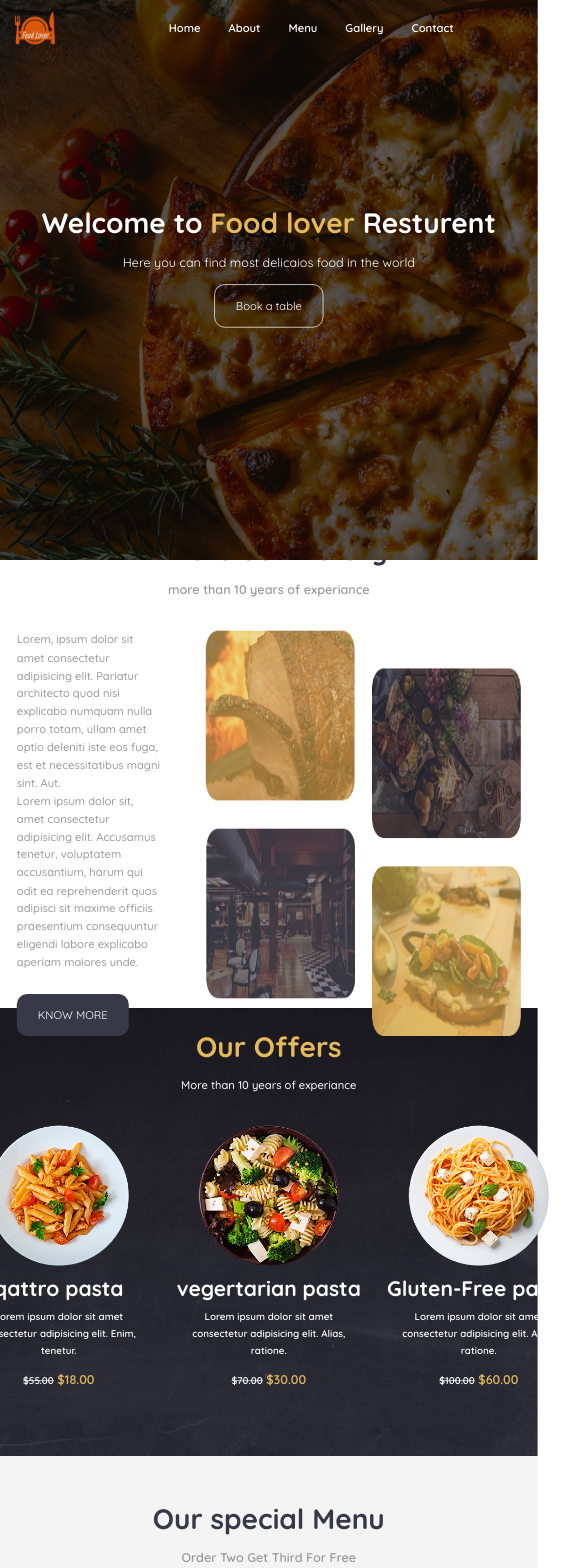
Repository: Eslam0Mohamed/Food-lover-project
Page: index.html
An editor plug-in stored every save of this project. The page is shown before and after a run of saves, followed by the edit.
The browser window is 768 px wide. The page is 834 px wide, so the pictures cover 834 px, including what lies to the right of the window. The pictures show the part of the page from y = 0 to 2240 px (the page is 5691 px tall), at 70% of full size.
Some web fonts or font styles are not loaded; a fallback is used.

Above is the page before, as saved 2024-03-03 14:25:47.

### index.html
<!DOCTYPE html>
<html lang="en">
  <head>
    <meta charset="UTF-8" />
    <meta name="viewport" content="width=device-width, initial-scale=1.0" />
    <title>Document</title>
    <!-- favicon  -->
    <link rel="apple-touch-icon" sizes="180x180" href="/apple-touch-icon.png">
<link rel="icon" type="image/png" sizes="32x32" href="/favicon-32x32.png">
<link rel="icon" type="image/png" sizes="16x16" href="/favicon-16x16.png">
<link rel="manifest" href="/site.webmanifest">
    <!-- link cdn fontawsome  -->
    <link
      rel="stylesheet"
      href="https://cdnjs.cloudflare.com/ajax/libs/font-awesome/6.5.1/css/all.min.css"
      integrity="sha512-DTOQO9RWCH3ppGqcWaEA1BIZOC6xxalwEsw9c2QQeAIftl+Vegovlnee1c9QX4TctnWMn13TZye+giMm8e2LwA=="
      crossorigin="anonymous"
      referrerpolicy="no-referrer"
    />
    <!-- link style file  -->
    <link rel="stylesheet" href="style.css" />
    <link rel="preconnect" href="https://fonts.googleapis.com" />
    <link rel="preconnect" href="https://fonts.gstatic.com" crossorigin />
    <link
      href="https://fonts.googleapis.com/css2?family=Cairo+Play:wght@300;400;700&family=Cairo:wght@700;800&family=Jomhuria&family=Open+Sans:wght@300;400;700&family=Poppins:ital,wght@0,200;0,300;0,400;0,500;0,600;0,900;1,400;1,700;1,800&family=Quicksand:wght@300;400;500;600;700&family=Work+Sans:ital,wght@0,200;0,300;0,400;0,500;0,700;0,900;1,600;1,800&display=swap"
      rel="stylesheet"
    />
  </head>
  <body>
    <header>
      <div id="navbar">
        <img src="images/logo.png" alt="Food Lover logo " />
        <nav>
          <ul>
            <li><a href="#Home">Home</a></li>
            <li><a href="#about">About</a></li>
            <li><a href="#menu">Menu</a></li>
            <li><a href="#gallery">Gallery</a></li>
            <li><a href="#contact">Contact</a></li>
          </ul>
        </nav>
      </div>
      <div class="content">
        <h1>
          Welcome to <span class="primary-text">Food lover</span> Resturent
        </h1>
        <p>Here you can find most delicaios food in the world</p>
        <a href="#" class="btn btn-primary">Book a table</a>
      </div>
    </header>
    <main>
      <!-- start about  -->
      <section id="about">
        <div class="container">
          <div class="title">
            <h1>This is our history</h1>
            <p>more than 10 years of experiance</p>
          </div>
          <div class="about-content">
            <div>
              <p>
                Lorem, ipsum dolor sit amet consectetur adipisicing elit.
                Pariatur architecto quod nisi explicabo numquam nulla porro
                totam, ullam amet optio deleniti iste eos fuga, est et
                necessitatibus magni sint. Aut.
              </p>
              <p>
                Lorem ipsum dolor sit, amet consectetur adipisicing elit.
                Accusamus tenetur, voluptatem accusantium, harum qui odit ea
                reprehenderit quas adipisci sit maxime officiis praesentium
                consequuntur eligendi labore explicabo aperiam maiores unde.
              </p>
              <a href="#" class="btn btn-secondry">KNOW MORE</a>
            </div>
            <img src="images/about_img.png" alt="Pizza" />
          </div>
        </div>
      </section>
      <!-- End about  -->
      <!-- start offers  -->
      <section id="offers">
        <div class="container">
          <div class="title">
            <h1>Our Offers</h1>
            <p>More than 10 years of experiance</p>
          </div>
          <div class="offers-item">
            <div>
              <img src="/images/offer1.png" alt="qattro" />
              <div class="offer-data">
                <h3>qattro pasta</h3>
                <p>
                  Lorem ipsum dolor sit amet consectetur adipisicing elit. Enim,
                  tenetur.
                </p>
                <p><del>$55.00</del><span class="primary-text">$18.00</span></p>
              </div>
            </div>
            <div>
              <img src="/images/offer2.png" alt="vegertarian pasta" />
              <div class="offer-data">
                <h3>vegertarian pasta</h3>
                <p>
                  Lorem ipsum dolor sit amet consectetur adipisicing elit.
                  Alias, ratione.
                </p>
                <p><del>$70.00</del><span class="primary-text">$30.00</span></p>
              </div>
            </div>
            <div>
              <img src="/images/offer3.png" alt="Gluten-Free pasta" />
              <div class="offer-data">
                <h3>Gluten-Free pasta</h3>
                <p>
                  Lorem ipsum dolor sit amet consectetur adipisicing elit.
                  Alias, ratione.
                </p>
                <p>
                  <del>$100.00</del><span class="primary-text">$60.00</span>
                </p>
              </div>
            </div>
          </div>
        </div>
      </section>
      <!-- end offers  -->
      <!-- menu start  -->
      <section id="menu">
        <div class="container">
          <div class="title">
            <h1>Our special Menu</h1>
            <p>Order Two Get Third For Free</p>
          </div>
          <div class="menu-items">
            <div class="menue-left">
              <div class="menu-item">
                <img src=" images/food1.png" alt="LASAL Chease" />
                <div>
                  <h3>LASAL <span class="primary-text">$18.00</span></h3>
                  <p>
                    Lorem, ipsum dolor sit amet consectetur adipisicing elit.
                    Reprehenderit, eius.
                  </p>
                </div>
              </div>
              <div class="menu-item">
                <img src="images/food2.png" alt="JUMBO CRAP SHRIMP" />
                <div>
                  <h3>
                    JUMBO CRAP SHRIMP <span class="primary-text">$24.00</span>
                  </h3>
                  <p>
                    Lorem, ipsum dolor sit amet consectetur adipisicing elit.
                    Reprehenderit, eius.
                  </p>
                </div>
              </div>
              <div class="menu-item">
                <img src="images/food3.png" alt="KOKTAIL JUICE " />
                <div>
                  <h3>
                    KOKTAIL JUICE <span class="primary-text">$12.00</span>
                  </h3>
                  <p>
                    Lorem, ipsum dolor sit amet consectetur adipisicing elit.
                    Reprehenderit, eius.
                  </p>
                </div>
              </div>
              <div class="menu-item">
                <img src="images/food4.png" alt="CAPO STEAK" />
                <div>
                  <h3>CAPO STEAK <span class="primary-text">$60.00</span></h3>
                  <p>
                    Lorem, ipsum dolor sit amet consectetur adipisicing elit.
                    Reprehenderit, eius.
                  </p>
                </div>
              </div>
              <div class="menu-item">
                <img src="images/food5.png" alt="ORIGINAL FRUIT SALAD" />
                <div>
                  <h3>
                    ORIGINAL FRUIT SALAD
                    <span class="primary-text">$18.00</span>
                  </h3>
                  <p>
                    Lorem, ipsum dolor sit amet consectetur adipisicing elit.
                    Reprehenderit, eius.
                  </p>
                </div>
              </div>
              <div class="menu-item">
                <img src="images/food6.png" alt="CHEASE PIZZA" />
                <div>
                  <h3>CHEASE PIZZA <span class="primary-text">$50.00</span></h3>
                  <p>
                    Lorem, ipsum dolor sit amet consectetur adipisicing elit.
                    Reprehenderit, eius.
                  </p>
                </div>
              </div>
            </div>
            <div class="menue-right">
              <div class="menu-item">
                <img src="images/food7.jpeg" alt="KOFTA MEAT" />
                <div>
                  <h3>KOFTA MEAT <span class="primary-text">$40.00</span></h3>
                  <p>
                    Lorem, ipsum dolor sit amet consectetur adipisicing elit.
                    Reprehenderit, eius.
                  </p>
                </div>
              </div>
              <div class="menu-item">
                <img src="images/food8.jpeg" alt="SPANICH PIES" />
                <div>
                  <h3>SPANICH PIES <span class="primary-text">$14.00</span></h3>
                  <p>
                    Lorem, ipsum dolor sit amet consectetur adipisicing elit.
                    Reprehenderit, eius.
                  </p>
                </div>
              </div>
              <div class="menu-item">
                <img src="images/food9.jpeg" alt="CHEASE TOST " />
                <div>
                  <h3>CHEASE TOST <span class="primary-text">$55.00</span></h3>
                  <p>
                    Lorem, ipsum dolor sit amet consectetur adipisicing elit.
                    Reprehenderit, eius.
                  </p>
                </div>
              </div>
              <div class="menu-item">
                <img src="images/food10.jpeg" alt="FRUIT SALAD" />
                <div>
                  <h3>FRUIT SALAD <span class="primary-text">$20.00</span></h3>
                  <p>
                    Lorem, ipsum dolor sit amet consectetur adipisicing elit.
                    Reprehenderit, eius.
                  </p>
                </div>
              </div>
              <div class="menu-item">
                <img src="images/food11.jpeg" alt="CHEACKEN SHAWARMA" />
                <div>
                  <h3>
                    CHEACKEN SHAWARMA <span class="primary-text">$60.00</span>
                  </h3>
                  <p>
                    Lorem, ipsum dolor sit amet consectetur adipisicing elit.
                    Reprehenderit, eius.
                  </p>
                </div>
              </div>
              <div class="menu-item">
                <img src="images/food12.jpeg" alt="MEGA CHEASE PIZZA" />
                <div>
                  <h3>
                    MEGA CHEASE PIZZA <span class="primary-text">$50.00</span>
                  </h3>
                  <p>
                    Lorem, ipsum dolor sit amet consectetur adipisicing elit.
                    Reprehenderit, eius.
                  </p>
                </div>
              </div>
            </div>
          </div>
          <button class="btn">EXPLORE FULL MENU</button>
        </div>
      </section>
      <!-- menu end  -->
      <!-- start daytime -->
      <section id="day-time">
        <div class="container">
          <div class="day-time-items">
            <div class="day-item">
              <img src="images/breckfastIcon.png" alt="breckfast" />
              <h3>breckfast</h3>
              <p>From 8.00 Am To 10.00 Am</p>
            </div>
            <div class="day-item">
              <img src="images/lunchIcon.png" alt="Lunch" />
              <h3>Lunch</h3>
              <p>From 4.00 Pm To 9.00 Pm</p>
            </div>

            <div class="day-item">
              <img src="images/dinnerIcon.png" alt="dinner" />
              <h3>Dinner</h3>
              <p>From 9.00 Pm To 1.00 Am</p>
            </div>
            <div class="day-item">
              <img src="images/dessertIcon.png" alt="dessert" />
              <h3>Dessert</h3>
              <p>From 8.00 Am To 10.00 Am</p>
            </div>
          </div>
        </div>
      </section>
      <!-- end daytime -->
      <!-- start Gallery -->
      <section id="gallery">
        <div class="container">
          <h1>Our Gallery</h1>
          <div class="img-gallery">
            <img src="images/gallery1.jpeg" alt="" />
            <img src="images/gallery2.jpeg" alt="" />
            <img src="images/gallery3.jpeg" alt="" />
            <img src="images/gallery4.jpeg" alt="" />
            <img src="images/gallery5.jpeg" alt="" />
            <img src="images/gallery6.jpeg" alt="" />
          </div>
        </div>
      </section>
      <!-- end Gallery -->

    <!-- start contact  -->
    <section id="contact">
      <div class="container">
        <div class="contact-content">
          <div class="contact-info">
            <div>
              <h3>ADDRESS</h3>
              <p><i class="fa-solid fa-location-dot"></i>Housary , Mosque 6 Octoper , Egypt</p>
            <p><i class="fa-solid fa-phone"></i>Phone: 01236549635</p>
            <p><i class="fa-solid fa-envelope"></i>Support@FoodLover.com</p>
            </div>
            <div>
                <h3>WORKING HOURS</h3>
                <p>From 8:00 am To 11:00 pm At Weekdays</p>
                <p>From 11:00 am To 1:00 1:00 am At Weekends</p>
            </div>
            <div>
                <h3>FOLLOW US</h3>
                <a href="#"><i class="fa-brands fa-facebook"></i></a>
                <a href="#"><i class="fa-brands fa-twitter"></i></a>
                <a href="#"><i class="fa-brands fa-youtube"></i></a>
                <a href="#"><i class="fa-brands fa-instagram"></i></a>
              </div>
          </div>

          <div>
            <form action="">
                <input type="'text'" placeholder="Full Nmae" required>
                <input type="'Email'" placeholder="Email Address" required>
                <input type="'text'" placeholder=" Subject" required>
                <textarea name="message" id="message"placeholder="Message" cols="30" rows="5"></textarea>
          <button class="btn">Submit</button>
            </form>
          </div>
        </div>
      </div>
    </section>
</main>
<section id="footer">
    <p>copyrights &copy; All rights reserved || Made By <b> <a href="https//EslamMohamed.com" target="_blank"> Eslam Mohamed</a></b></p>
</section>
    <!-- end contact  -->
  </body>
</html>

### style.css
* {
    padding: 0;
    margin: 0;
    list-style: none;
    box-sizing: border-box;

}
html{
    scroll-behavior: smooth;
}

@media (min-width: 768px) {
    .container {
        width: 750px;
    }
}

/* Medium */
@media (min-width: 992px) {
    .container {
        width: 970px;
    }
}

/* Large */
@media (min-width: 1200px) {
    .container {
        width: 1170px;
    }
}

/* utalitiy classes  */
.primary-text {
    color: #e4b95b;
}

.btn {
    display: inline-block;
    padding: 20px 30px;
    border: none;
    border-radius: 15px;
}

.btn-primary {
    color: white;
    border: 1px solid white;
}

.btn-primary:hover,
.btn-secondry:hover {
    background-color: #e4b95b;
}

header {
    height: 100vh;
    background-image: url('/images/home_bg.jpeg');
    background-size: cover;
    background-position: center center;
    background-repeat: no-repeat;
    position: relative;
}
@media (max-width:768px) {
    header #navbar img {
    margin-left: 10px;

    }
    header #navbar
  }
header::before {
    content: "";
    position: absolute;
    top: 0;
    left: 0;
    width: 100%;
    height: 100%;
    background-color: rgb(0, 0, 0, 0.6);
}

header * {
    z-index: 10;
}

a {
    text-decoration: none;
}

body {
    font-family: 'Quicksand', sans-serif;
}

#navbar {
    display: flex;
    justify-content: space-between;
    /* background-color: red; */
    align-items: center;

}

#navbar img {
    width: 80px;
    margin-left: 100px;
}

#navbar ul {
    display: flex;
    margin-right: 100px;
}

#navbar ul li {
    padding: 20px 20px;
}

#navbar ul li a {
    color: white;
    font-weight: 600;
}

#navbar ul li a:hover {
    border-bottom: 2px solid #e4b95b;
}

.content {
    display: flex;
    flex-direction: column;
    align-items: center;
    justify-content: center;
    height: 75%;
    /* background-color: bisque; */
}

.content h1 {
    font-size: 40px;
    color: white;
}

.content p {
    color: white;
    font-size: 18px;
    margin: 20px 0;
}

.container {
    padding-left: 15px;
    padding-right: 15px;
    margin-right: auto;
    margin-left: auto;
}

#about {
    display: flex;
    justify-content: center;
    align-items: center;
    height: 80vh;
}

#about .title,
#offers .title,
#menu .title
 {
    text-align: center;
    /* margin-top: 5rem; */
    margin-bottom: 3rem;
}

#about .title h1,
#menu .title h1 {
    margin-bottom: 20px;
    font-size: 40px;
    color: #383848;
}

#about .title p,
#menu .title p {
    font-size: 18px;
    color: #9a9a9a;
    font-weight: 600;
}

#about .container .about-content {
    display: flex;
    justify-content: space-between;
    /* align-items: center; */
}

#about .container .about-content img {
    width: 450px;
}

#about .container .about-content p {
    color: #9a9a9a;
    line-height: 1.6;
    margin-right: 4rem;
    font-weight: 500;
}

.btn-secondry {
    margin-top: 2rem;
    color: white;
    background-color: #383848;
}

/* start offers  */
#offers {
    height: 80vh;
    display: flex;
    justify-content: center;
    /* align-items: center; */
    background-image: url('images/offer-background.jpg');
    background-position: center center;
    background-size: cover;
}

#offers .title h1 {
    margin-top: 30px;
    margin-bottom: 20px;
    font-size: 40px;
    color: #e4b95b;
}

#offers .title p {
    color: white;
    font-weight: 500;
}

#offers .offers-item {
    display: flex;
    justify-content: center;
    align-items: center;
    text-align: center;
}

#offers .offers-item img {
    width: 200px;
}

#offers .offers-item .offer-data {
    margin-top: 10px;
}

#offers .offers-item .offer-data h3 {
    margin-bottom: 10px;
    color: white;
    font-size: 30px;
}

#offers .offers-item p {
    width: 300px;
    color: white;
    line-height: 1.7;
    font-weight: 600;
    font-size: 14px;
    padding: 0 20px;
    margin-bottom: 15px;
}

#offers .offers-item span {
    font-size: 18px;
    margin-left: 5px;
}

/* end offers  */
#menu {
    background-color: #f4f4f4;
    padding: 4rem 0;

}

#menu .menu-items {
    display: flex;
    justify-content: center;
}

#menu .menu-items .menu-item {
    display: flex;
    justify-content: center;
    margin: 40px;
    align-items: center;
}

#menu .menu-items .menu-item img {
    width: 80px;
    border-radius: 50%;
    margin-right: 20px;
}

#menu .menu-items .menu-item h3 {
    color: #383848;
    border-bottom: 1px dashed #c2bdbd;
    padding-bottom: 10px;
    position: relative;
}

#menu .menu-items .menu-item span {
    position: absolute;
    top: 0;
    right: 0;

}

#menu .menu-items .menu-item p {
    margin-top: 10px;
    line-height: 1.2;
}

#menu .btn {
    background-color: #e4b95b;
    color: white;
    cursor: pointer;
    display: block;
    margin: 20px auto 0;

}

#menu .btn:hover {
    background-color: #383848;
}

#day-time {
    background-image: url('images/daytime_bg.jpeg');
    background-position: center center;
    background-size: fixed;
    color: white;
    text-align: center;
}

.day-time-items {
    display: flex;
    justify-content: space-evenly;
    align-items: center;
    height: 40vh;
}

#day-time .day-time-items .day-item h3 {
    margin-top: 10px;
    margin-bottom: 10px;
    font-size: 25px;
}

/* <!-- start Gallery --> */
#gallery{
background-image: url('images/offer-background.jpg');
padding: 8rem 0;
text-align: center;
}
#gallery .img-gallery{
    /* display: grid;
    grid-template-columns: 300px 300px 300px;
    gap: 25px; */
    display: flex;
    justify-content: center;
    align-items: center;
    flex-wrap: wrap;

}

#gallery .img-gallery img{
    width: 280px;
    height: 200px;
    border-radius: 20px;
    margin: 20px;
    opacity: 0.8;
}
#gallery .img-gallery img:hover{
    opacity: 1;
}
#gallery h1{
    color: white;
    text-align: center;
}

/* <!-- end Gallery --> */
/* start contact */
#contact{
    background-color:#f4f4f4 ;
    padding: 5rem 0;
}
#conatact .container{
    max-width: 900px;
}
#contact .contact-content{
    display: flex;
    justify-content: space-evenly;
    align-items: center;
}
#contact .contact-content .contact-info{
    flex-basis: 50%;
}
#contact .contact-content .contact-info div{
    margin: 30px 0;
    line-height: 1.7;

}
#contact .contact-content .contact-info div h3{
    font-size: 25px;
    color: #383848 ;
}
#contact .contact-content .contact-info div p{
    color: #9a9a9a;

}
#contact .contact-content .contact-info div i{
    margin-right: 8px;
    color: #e4b95b;
}
#contact .contact-content .contact-info div a i{
    color: white;
    background-color: #383848;
    font-size: 30px;
    padding: 15px;
    margin-top: 10px;
    border-radius: 50%;
}
#contact .contact-content .contact-info div a i:hover{
    background-color: #e4b95b;
}
#contact .contact-content form{
    width: 50%;
}
#contact .contact-content form input,
#contact .contact-content form textarea
{
    width: 100%;
    padding: 20px 15px;
    margin: 20px 0;
    background-color: #e3e2dd;
    border-radius: 20px;
}
#contact .contact-content form .btn{
    background-color: #383848;
}
/* end contact */
#footer{
background-color: #383848;
text-align: center;
color: white;
padding: 15px 0;
font-size: 14px;
}
#footer a{
    color: white;
}

After the next 7 saves:
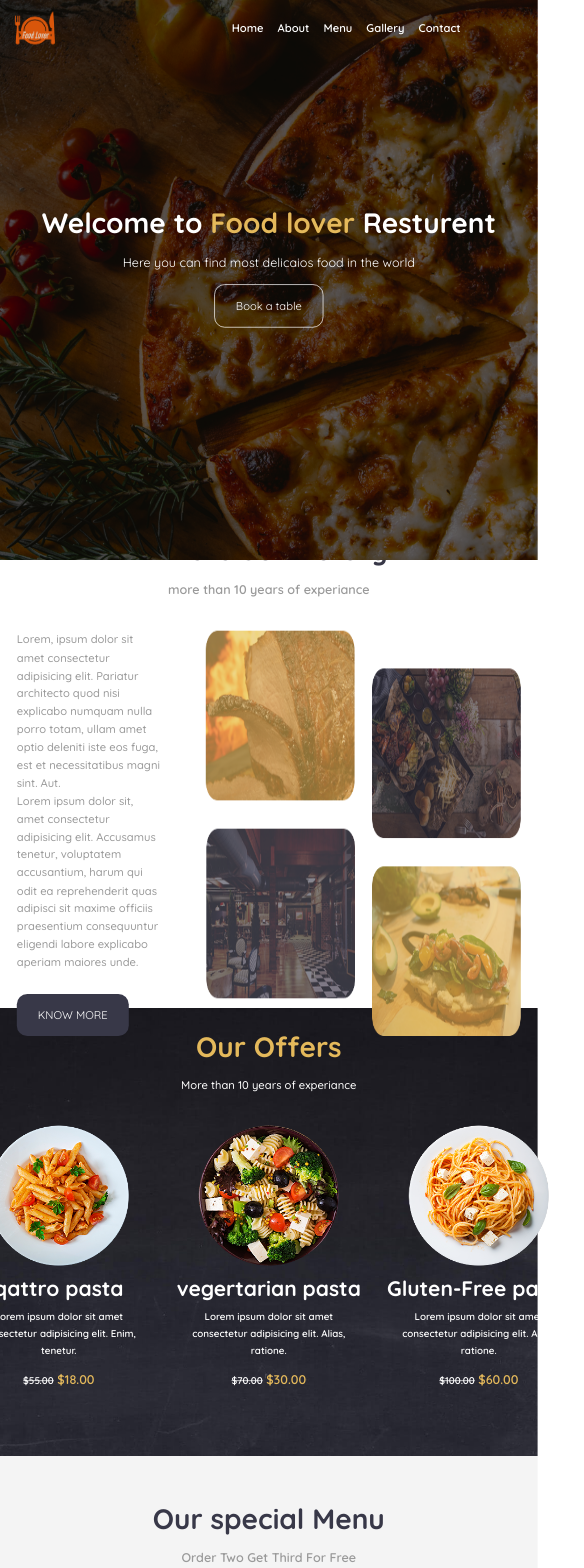
The 7 saves are shown as one change because they came seconds apart.
The last was saved 76 s later.
--- a/style.css
+++ b/style.css
@@ -64,7 +64,9 @@ header {
     margin-left: 10px;
 
     }
-    header #navbar
+    header #navbar ul li{
+        padding: 10px ;
+    }
   }
 header::before {
     content: "";
